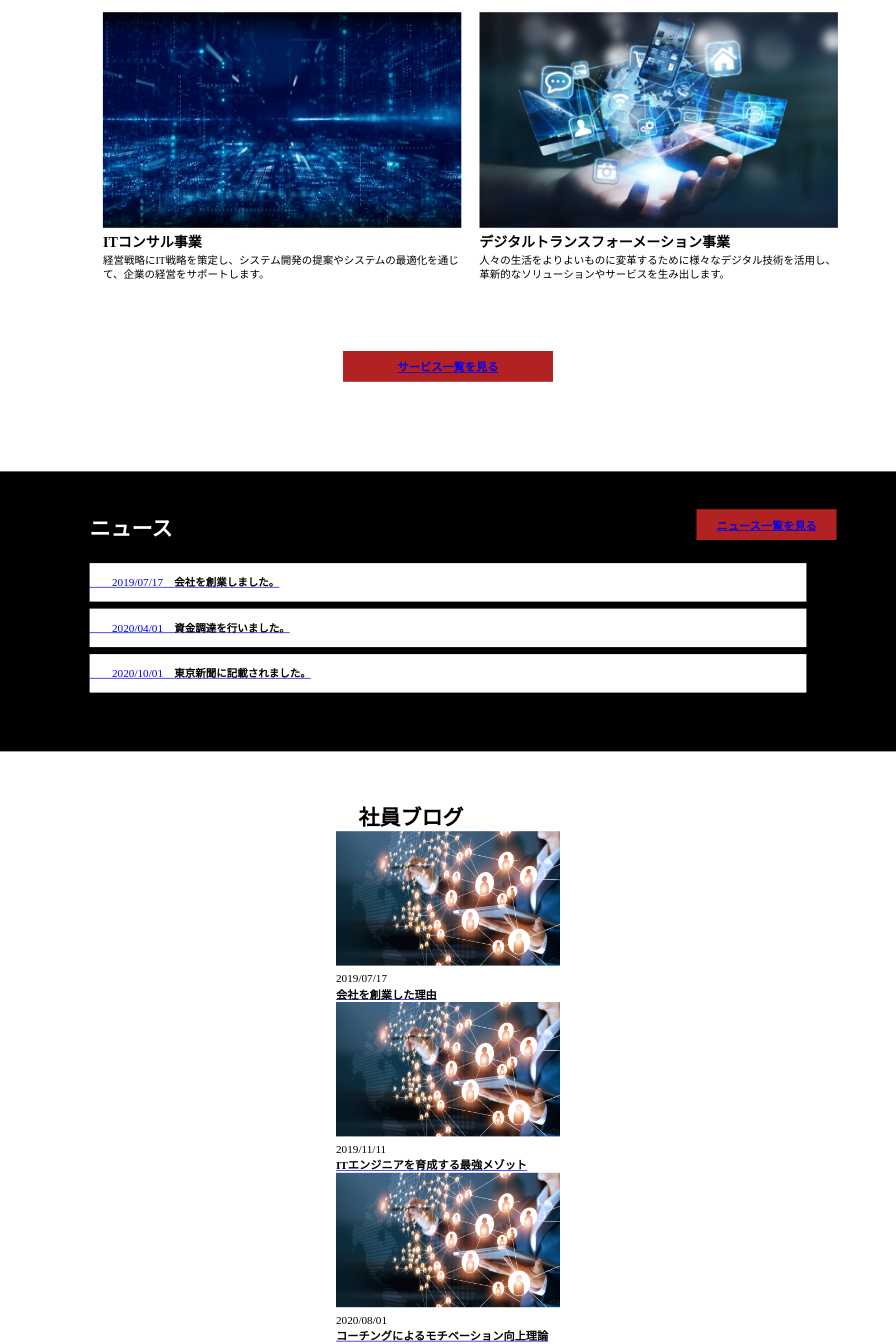
Repository: sigemasaasuka/20211012sigemasa
Page: index.html
These files come from the project's save history. The page is drawn as it stood at one moment and after a run of saves; the edit follows.
The browser window is 1280 px wide. The pictures show the part of the page from y = 1338 to 3258 px (the page is 3258 px tall), at 70% of full size.

Above is the page before, as saved 2021-10-19 17:58:10.

### index.html
<!DOCTYPE html>
<html lang="ja">

<head>
  <meta charset="UTF-8">
  <meta name="viewport" content="width=device-width, initial-scale=1.0">
  <title>Document</title>

    <link rel="stylesheet" href="css/reset.css">
    <link rel="stylesheet" href="css/index.css">
</head>
<body>
  <header class="header">
    <div class="header-logo">
      <img class="logo" src="img/logo.png" alt="logo">
    </div>
    <nav class="header-nav">
      <ul class="header-nav-list">
        <li class="header-nav-item"><a href="index.html">ホーム</a></li>
        <li class="header-nav-item"><a href="service.html">事業内容</a></li>
        <li class="header-nav-item"><a href="news.html">ニュース</a></li>
        <li class="header-nav-item"><a href="blog.html">社員ブログ</a></li>
        <li class="header-nav-item"><a href="company.html">会社概要</a></li>
        <li class="header-nav-item"><a href="recruit.html">採用情報</a></li>
        <li class="header-nav-item"><a href="contact.html">お問い合わせ</a></li>
      </ul>
    </nav>
  </header>
  <div class="home">
  <div class="home-photo">
    <div class="home-title">
    <p>最新のテクノロジーで社会課題を解決</p>
      <div class="home-title2">
      <p>Solving　issues　with　the　latest　technology</p>
     </div>
    </div>
    </div>
    </div>
    <div class="home-color">
      <div class="hope">
        <p><br><br>株式会社TECHの想い</p>
        <div class="hope2">
          <p>あらゆる産業において、新たなデジタル技術を使ってこれまでにないビジネスモデルを展開する新規参加者が登場し、ゲームチェンジが起ころうとしています。こうした<br>中で、各企業は、競争力維持・強化のために、DXを迅速に進めていくことが求められています。しかし、DXにおいて投資コストは非常にかかります。株式会社TECHでは<br>独自のオペレーションと人材教育により、他社よりも価格を抑えた開発を行います。</p>
        </div>
      </div>
    </div>
    <div class="service">
      <p>サービス</p>
      </div>
      <div class="png1">
      <div class="service1">
        <img  src="img/service1.png"  alt="service1">
        <div class="it">
        <p>IT人材育成事業</p>
        <div class="it2">
        <p>これまでに培った教育手法を生かして、短期間で即戦力のIT人材を育成します。</p>
        </div>
      </div>
      </div>
      <div class="service2">
      <img  src="img/service2.png" alt="service2">
      <div class="coach">
        <p>コーチング事業</p>
        <div class="coach2">
          <p>目標達成を最短で実現するために、プロのコーチによるマンツーマンのサポートを実施します</p>
        </div>
      </div>
      </div>
      </div>
      <div class="png2">
      <div class="service3">
        <img src="img/service3.png" alt="service3">
        <div class="Consultant">
          <p>ITコンサル事業</p>
          <div class="Consultant2">
            <p>経営戦略にIT戦略を策定し、システム開発の提案やシステムの最適化を通じて、企業の経営をサポートします。</p>
          </div>
        </div>
      </div>
      <div class="service4">
        <img src="img/service4.png" alt="service4">
        <div class="formation">
          <p>デジタルトランスフォーメーション事業</p>
          <div class="formation2">
            <p>人々の生活をよりよいものに変革するために様々なデジタル技術を活用し、革新的なソリューションやサービスを生み出します。</p>
          </div>
        </div>
      </div>
      </div>
      <div class="list">
        <a href="service.html">サービス一覧を見る</a>
      </div>
      <div class="news">
        <div class="nesw-list">
          <div class="news-font">
          <p>ニュース</p></div>
          <div class="news-button">
            <a href="news.html">ニュース一覧を見る</a>
          </div>
        </div>
        <div class="news-info1">
          <a href="index.html">　　2019/07/17　<span class="co">会社を創業しました。</span></a></div>
          <div class="news-info2">
          <a href="index.html">　　2020/04/01　<span class="fund">資金調達を行いました。</span></a></div>
          <div class="news-info3">
          <a href="index.html">　　2020/10/01　<span class="newspaper">東京新聞に記載されました。</span></a></div>
      </div>
      <div class="blog">
        <p>社員ブログ</p>
        </div>
        <div class="reason">
        <div class="reason-png">
          <a href="index.html">
            <img src="img/blog.png" alt="blog">
          </a>
          <p class="reason1">2019/07/17</p>
          <a href="index.html"><p class="reason2">会社を創業した理由</p></a>
        </div>
        </div>
        <div class="nurturing">
        <div class="nurturing-png">
          <a href="index.html">
            <img src="img/blog.png" alt="blog">
          </a>
          <p class="nurturing1">2019/11/11</p>
          <a href="index.html">
            <p class="nurturing2">ITエンジニアを育成する最強メゾット</p>
          </a>
        </div>
      </div>
      <div class="coaching">
        <div class="coaching-png">
        <a href="index.html">
          <img src="img/blog.png" alt="blog">
        </a>
        <p class="coaching1">2020/08/01</p>
        <a href="index.html">
          <p class="coaching2">コーチングによるモチベーション向上理論</p>
        </a>
        </div>
        </div>


<script src="js/main.js"></script>
</body>
</html>

### css/reset.css
@charset "UTF-8";
html, body, div, span, applet, object, iframe,
h1, h2, h3, h4, h5, h6, p, blockquote, pre,
a, abbr, acronym, address, big, cite, code,
del, dfn, em, img, ins, kbd, q, s, samp,
small, strike, strong, sub, sup, tt, var,
b, u, i, center,
dl, dt, dd, ol, ul, li,
fieldset, form, label, legend,
table, caption, tbody, tfoot, thead, tr, th, td,
article, aside, canvas, details, embed,
figure, figcaption, footer, header, hgroup,
menu, nav, output, ruby, section, summary,
time, mark, audio, video {
margin: 0;
padding: 0;
border: none;
font-style: normal;
text-align: left;
zoom: 1;
}
article, aside, details, figcaption, figure,
footer, header, hgroup, menu, nav, section {
display: block;
}
table {
border-collapse: collapse;
font-family: inherit;
}
h1,h2,h3,h4,h5 {
font-size: 100%;
font-weight: normal;
line-height: 1;
}
input,textarea,select {
font-family: inherit;
font-size: 16px;
}
input[type="button"],input[type="text"],input[type="submit"] {
 -webkit-appearance: none;
 border-radius: 0;
}
textarea {
resize: none;
-webkit-appearance: none;
border-radius: 0;
}
th,td {
border-collapse: collapse;
}
table th,table td {
white-space: nowrap;
}
ul,ol {
list-style-type: none;
}
img {
vertical-align: text-bottom;
vertical-align: -webkit-baseline-middle;
max-width: 100%;
height: auto;
width /***/:auto;
}

### css/index.css
.logo {
  text-decoration: none;
  color: inherit;
  width: 50%;
}
.header {
  width: 100%;
  display: flex;
  justify-content: space-between;
  align-items: center;
  height: 70px;
  padding: 0 30px;
  position: fixed;
  box-sizing: border-box;
  background-color: #fff;
  color: #000;
}

.a {
  text-decoration: none;
}

.header-ttl {
  font-size: 24px;
  width: 80px;
}

.header-nav-list {
  display: flex;
  font-weight: bold;
}

.header-nav-item:not(:last-child) {
  margin-right: 30px;
}

.home-photo {
  position: relative;
  padding-top: calc(250 / 683 * 100%); /* calc(画像高さ ÷ 画像横幅 × 100%) */
  background: url(../img/mv.png) center center / cover no-repeat;
}

.home-title {
  display: flex;
  flex-direction: column;
  position: absolute;
  font-size: 50px;
  margin-left: 20%;
  top: 40%;
  font-weight: bolder;
  color: #fff;
}

.home-title2 {
  display: flex;
  position: absolute;
  font-size: 20px;
  margin-top: 45px;
  margin-left: 23%;
  top: 40%;
  font-weight: bold;
  color: #fff;
}

.home-color {
  background-color: #000;
  height: 300px;
}

.hope {
  top: 30%;
  display: flex;
  flex-direction: column;
  font-weight: bolder;
  font-size: 30px;
  margin-left: 10%;
  color: #fff;
}

.hope2 {
  display: flex;
  font-size: 15px;
  margin-top: 20px;
  font-weight: normal;
  color: #fff;
}

.service {
  margin-top: 5%;
  margin-left: 45%;
  font-size: 35px;
  font-weight: bolder;
}

.png1 {
  display: flex;
  justify-content: center;
}

.service1 {
  margin-top: 5%;
  margin-left: 5%;
  width: 40%;
}

.it {
  margin-top: 1%;
  font-size: 20px;
  font-weight: bolder;
}

.it2 {
  font-size: 15px;
  font-weight: normal;
}

.service2 {
  margin-top: 3%;
  margin-left: 2%;
  width: 40%;
}

.coach {
  margin-top: 1%;
  font-size: 20px;
  font-weight: bolder;
}

.coach2 {
  font-size: 15px;
  font-weight: normal;
}

.png2 {
  display: flex;
  justify-content: center;
}

.service3 {
  margin-top: 2%;
  margin-left: 5%;
  width: 40%;
}

.Consultant {
  margin-top: 1%;
  font-size: 20px;
  font-weight: bolder;
}

.Consultant2 {
  font-size: 15px;
  font-weight: normal;
}

.service4 {
  margin-top: 2%;
  margin-left: 2%;
  width: 40%;
}

.formation {
  margin-top: 1%;
  font-size: 20px;
  font-weight: bolder;
}

.formation2 {
  font-size: 15px;
  font-weight: normal;
}

.list {
  width: 300px;
  padding: 10px 0;
  color: #fff;
  font-weight: bold;
  background: #b22222;
  text-align: center;
  margin: 100px auto 0;
  display: block;
}

.news {
  margin-top: 10%;
  background-color: #000;
  height: 400px;
}

.nesw-list {
  margin-left: 10%;
  display: flex;
  justify-content: flex-start;
  align-items: center;
}

.news-font {
  font-weight: bold;
  font-size: 30px;
  color: #fff;
  margin-top: 5%;
}

.news-button {
  color: #fff;
  margin-top: 50px;
  margin-left: 65%;
  width: 200px;
  padding: 10px 0;
  font-weight: bold;
  background: #b22222;
  text-align: center;
  display: block;
}

.news-info1 {
  margin-top: 30px;
  margin-left: 10%;
  width: 80%;
  height: 35px;
  padding: 10px 0;
  background: #fff;
  line-height: 35px;
  display: block;
  color: #000;
}
.co {
  font-size: 15px;
  font-weight: bold;
  color: #000;
}

.news-info2 {
  margin-top: 10px;
  margin-left: 10%;
  width: 80%;
  height: 35px;
  padding: 10px 0;
  background: #fff;
  line-height: 35px;
  display: block;
  color: #000;
}
.fund {
  font-size: 15px;
  font-weight: bold;
  color: #000;
}

.news-info3 {
  margin-top: 10px;
  margin-left: 10%;
  width: 80%;
  height: 35px;
  padding: 10px 0;
  background: #fff;
  line-height: 35px;
  display: block;
  color: #000;
}
.newspaper {
  font-size: 15px;
  font-weight: bold;
  color: #000;
}

.blog {
  margin-top: 70px;
  margin-left: 40%;
  font-size: 30px;
  font-weight: bolder;
}

.reason {
  display: flex;
  justify-content: center;
}
.reason-png {
  width: 25%;
}

.reason1 {
  margin-top: 10px;
  color: #000;
}

.reason2 {
  font-weight: bolder;
  color: #000;
}

.nurturing {
  display: flex;
  justify-content: center;
}
.nurturing-png {
  width: 25%;
}

.nurturing1 {
  margin-top: 10px;
  color: #000;
}

.nurturing2 {
  font-weight: bolder;
  color: #000;
}

.coaching {
  display: flex;
  justify-content: center;
}

.coaching-png {
  width: 25%;
}

.coaching1 {
  margin-top: 10px;
  color: #000;
}

.coaching2 {
  font-weight: bolder;
  color: #000;
}

Loaded but not shown: js/main.js (no stored copy; drawn as an empty file)

After the next 3 saves:
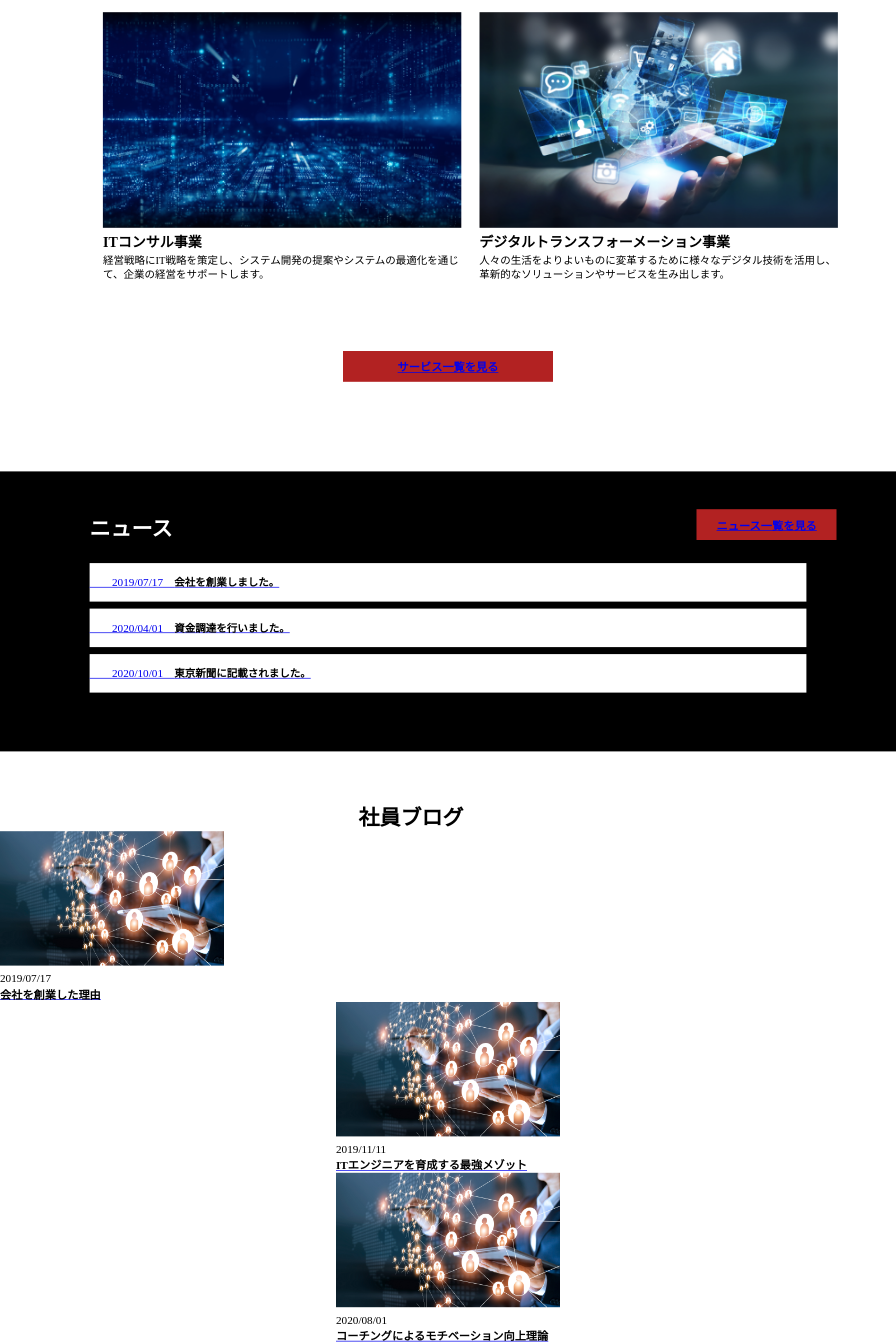
The 3 saves are shown as one change because they came seconds apart.
The last was saved 59 s later.
--- a/css/index.css
+++ b/css/index.css
@@ -273,7 +273,8 @@
 
 .reason {
   display: flex;
-  justify-content: center;
+  justify-content: flex-start;
+  flex-direction: row;
 }
 .reason-png {
   width: 25%;
